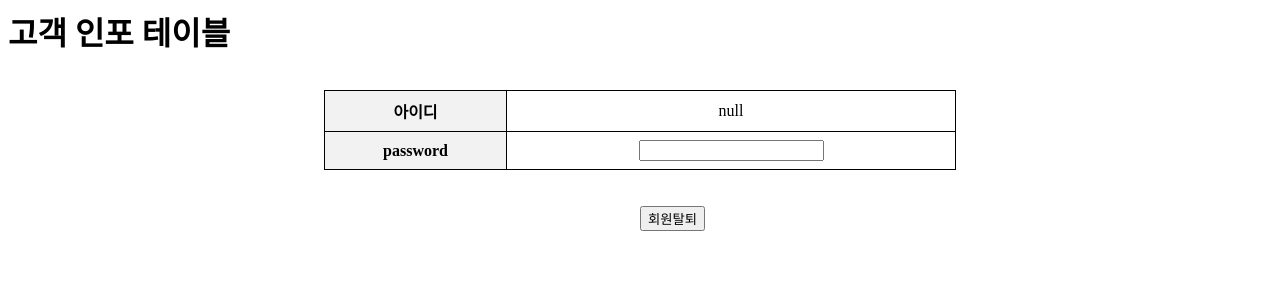
Repository: 2JISUN/hta-lecture-basic
Page: http://localhost/jsp03/info.jsp
These files come from the project's save history. The page is drawn as it stood at one moment and after the next save; the edit follows.
The browser window is 1280 px wide. The pictures show the whole page.
The page is served by Tomcat 10. Other server files are loaded and not shown. Queries for data that is not in the repository find no rows.

Above is the page before, as saved 2023-09-15 07:16:45.

### jsp-lecture/jsp03/src/main/webapp/info.jsp
<%@page import="java.sql.ResultSet"%>
<%@page import="java.sql.PreparedStatement"%>
<%@page import="java.sql.Connection"%>
<%@page import="java.sql.DriverManager"%>
<%@ page language="java" contentType="text/html; charset=UTF-8"
    pageEncoding="UTF-8"%>
<!DOCTYPE html>
<html>
<head>
    <meta charset="UTF-8">
    <title>고객 인포 테이블</title>
    <style>
        h1 {
			margin: auto;
            left:50%;
        }
        table {
            border-collapse: collapse;
            width: 50%;
            margin: auto;
        }
        th, td {
            border: 1px solid black;
            padding: 8px;
            text-align: center;
        }
        th {
            background-color: #f2f2f2;
        }
        button {
            position:absolute;
            left:50%;
        }
    </style>
</head>
<body>
<%
    String userID = request.getParameter("id");

    //1. driver 찾기
    String driver = "oracle.jdbc.OracleDriver";
    Class.forName(driver);

    //2. url
    // 자바17 = 오라클11
    String url = "jdbc:oracle:thin:@localhost:1521:xe";
    String id = "jisun";
    String pw = "1234";

    Connection conn = DriverManager.getConnection(url, id, pw);
    System.out.println("db연결 성공");

    //3. 조회 : 쿼리 작성 + 결과값 받아오기
    //3-1. 쿼리문 처리 메서드
    //3-2. 결과값 받아오기 select 를 제외하고 나머지는 정수 0
    PreparedStatement pstmt = null;
    ResultSet rs = null;
    String sql = "select * from test where id = ?";
    pstmt = conn.prepareStatement(sql);
    pstmt.setString(1, userID);
    rs = pstmt.executeQuery();
%>

	<h1>고객 인포 테이블</h1>
	<br>
	<br>
	<table>
	    <tbody>
	        <tr>
	            <th>아이디</th>
	            <td><%= userID %></td>
	        </tr>
	        <tr>
	            <th>password</th>
	            <td><input type="password" name="userPW"></td>
	        </tr>
	    </tbody>
	</table>
	<br>
	<br>
    <button type="submit">회원탈퇴</button>
	</body>
</html>

After the next save:
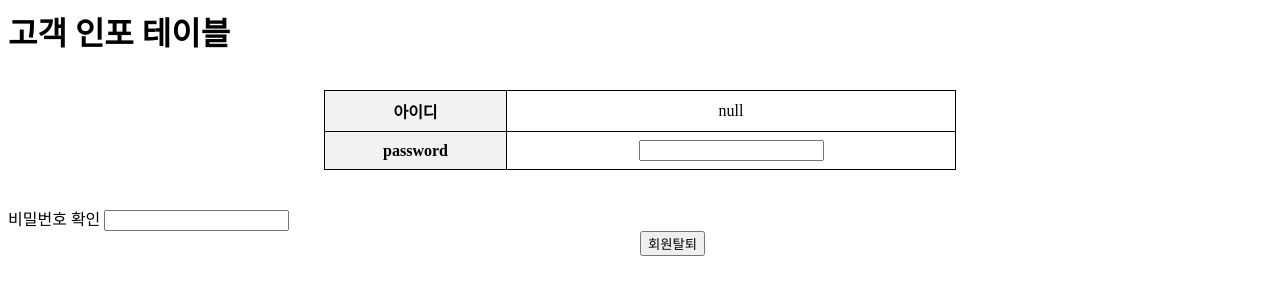
Saved 73 s later.
--- a/jsp-lecture/jsp03/src/main/webapp/info.jsp
+++ b/jsp-lecture/jsp03/src/main/webapp/info.jsp
@@ -78,6 +78,15 @@
 	</table>
 	<br>
 	<br>
+    <form action="unregister.jsp" method="post">
+    <input type="hidden" name="userID" value="<%= userID %>" readonly>
+    <div>
+        <label>
+            <span>비밀번호 확인</span>
+            <input type="password" name="confirmPW">
+        </label>
+    </div>
     <button type="submit">회원탈퇴</button>
+</form>
 	</body>
 </html>
